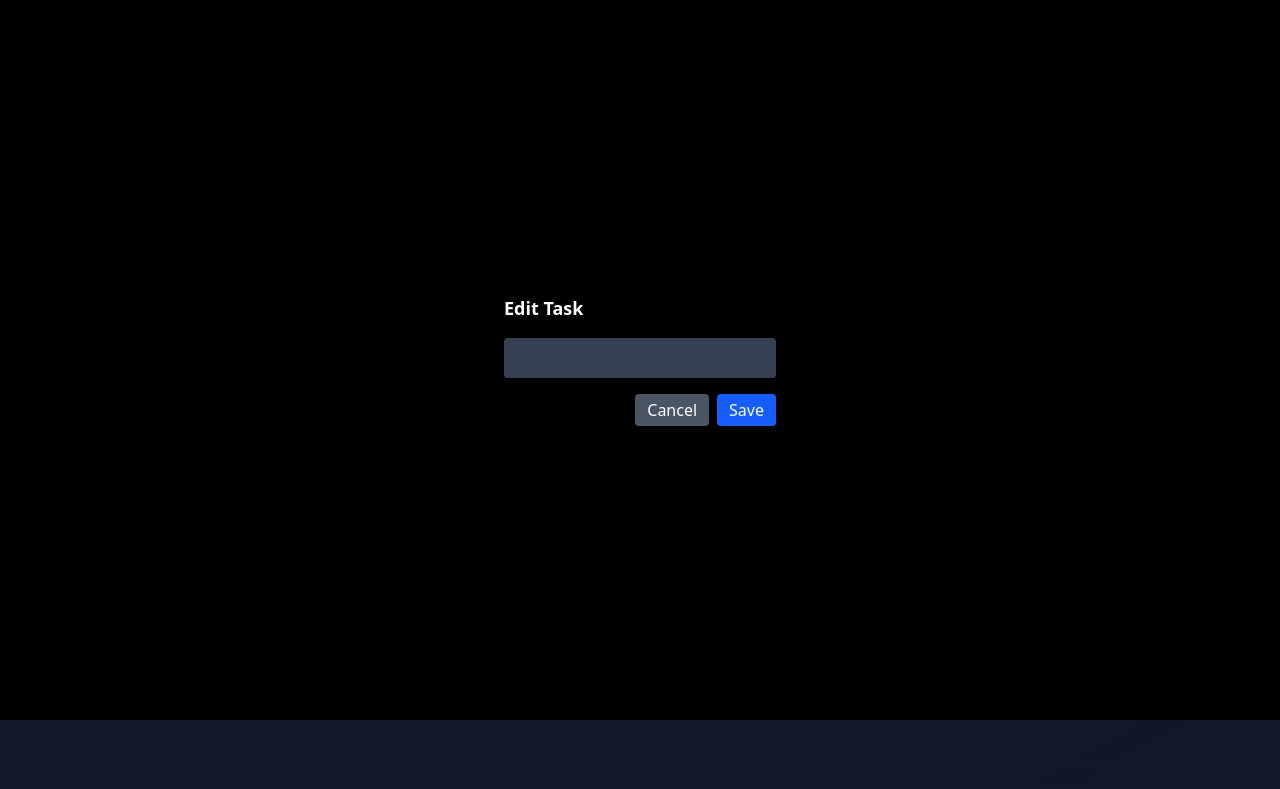
Repository: Reno-mathews/Kanban-Board-MERN
Page: / (app in frontend/), after clicking the first element matching `button.text-red-400`
An editor plug-in stored every save of this project. The page is shown before and after the next save, followed by the edit.
The browser window is 1280 px wide. The pictures show the whole page.
The project was rebuilt for these pictures with package versions that can differ from the ones it lists, and the page was loaded fresh each time. Also part of the build but not shown: frontend/vite.config.js.

Above is the page before, as saved 2026-01-23 13:26:21.

After the next save:
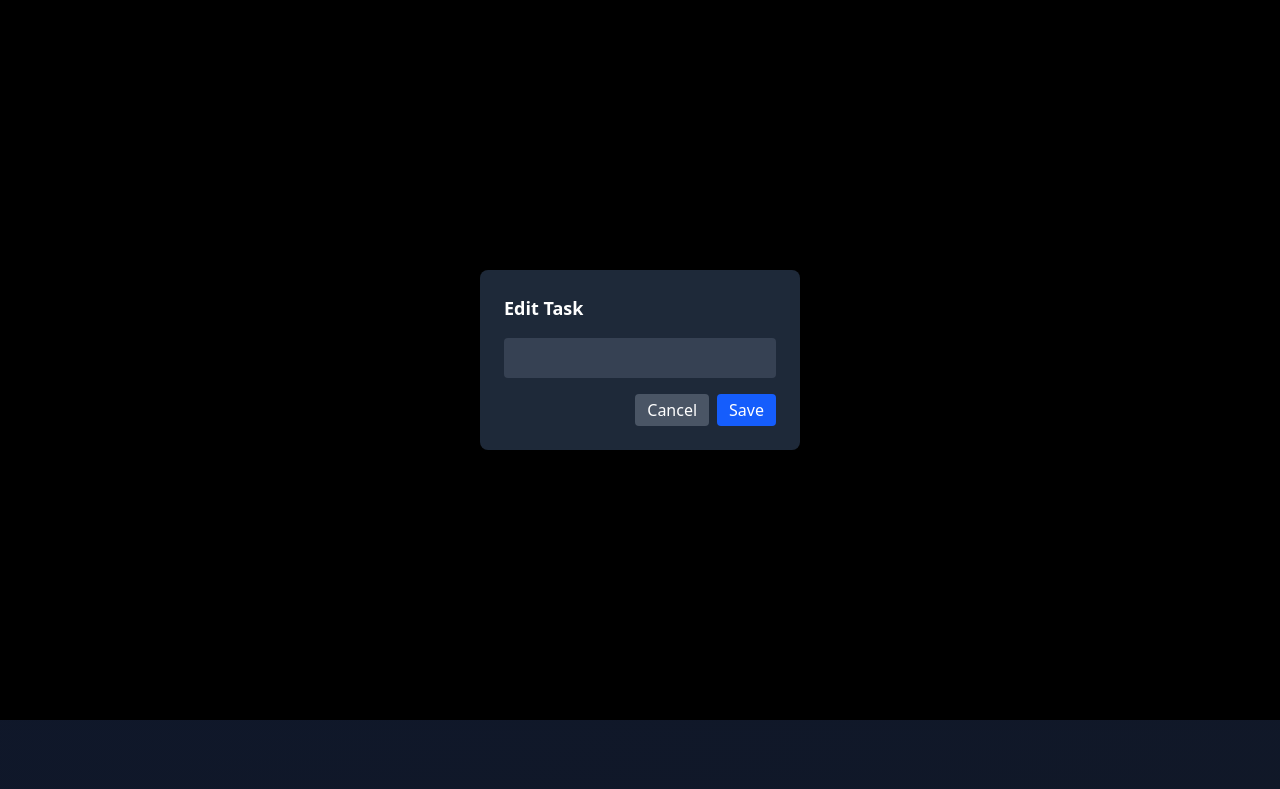
Saved 30 min 28 s later.
--- a/frontend/src/components/Board.jsx
+++ b/frontend/src/components/Board.jsx
@@ -205,7 +205,7 @@ function Board() {
 
       {isEditModalOpen && (
         <div className="fixed inset-0 bg-black bg-opacity-50 flex items-center justify-center z-50">
-          <div className="bg-gray p-6 rounded-lg w-80">
+          <div className="bg-gray-800 p-6 rounded-lg w-80">
             <h2 className="text-lg font-semibold mb-4">Edit Task</h2>
 
             <input
